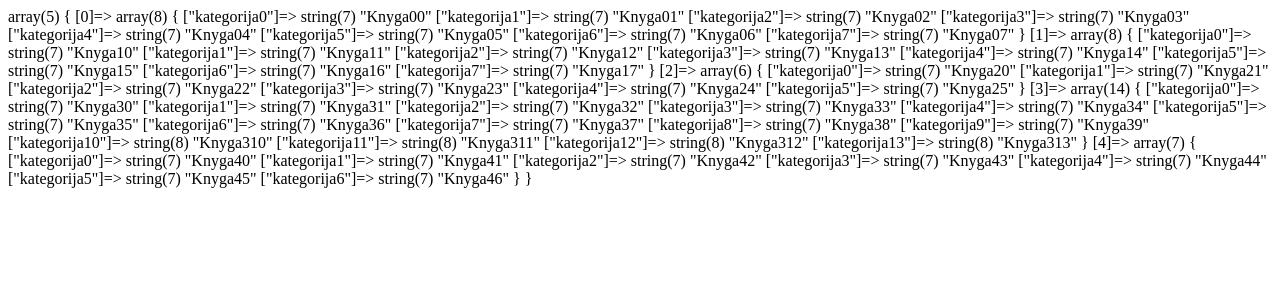
Repository: motiejus1/18-paskaita-PHP-05.31
Page: http://localhost/testavimas/dvimatismasyvas.php
An editor plug-in stored every save of this project. The page is shown before and after the next save, followed by the edit.
The browser window is 1280 px wide. The pictures show the whole page.
The page is run by PHP 8.4 with error messages shown; the project is at /var/www/html/.

Above is the page before, as saved 2021-09-20 18:25:38.

### testavimas/dvimatismasyvas.php
<?php
// . Sukurti dvimatį masyvą, kuriame būtų informacija apie knygos kategoriją, bei knygos priklausančios kategorijai.
// Masyvo struktūrą sugalvoti patiems. Testavimui sukurti bent 5 kategorijas, kurios turi nuo 5 iki 15 knygų.



//

$knygos = [];

//uz kategorijas
for($i=0; $i < 5; $i++) {

    // $kategorija = "Kategorija".$i;
    $kategorija = [];

    //atsakingas uz knygas
    $atsitiktinis = rand(5,15); //6
    for($j=0;$j < $atsitiktinis; $j++) {
        $kategorija["kategorija".$j] = "Knyga".$i.$j;
    }

    $knygos[$i] = $kategorija;

}

var_dump($knygos);


?>

After the next save:
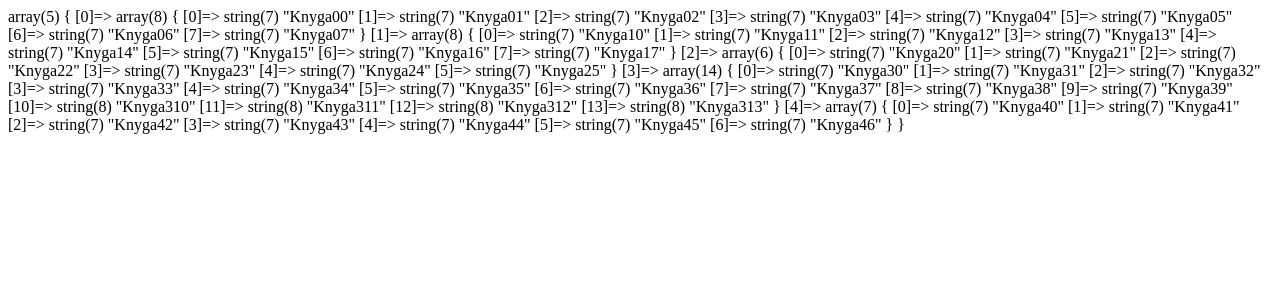
Saved 26 s later.
--- a/testavimas/dvimatismasyvas.php
+++ b/testavimas/dvimatismasyvas.php
@@ -13,11 +13,10 @@ for($i=0; $i < 5; $i++) {
 
     // $kategorija = "Kategorija".$i;
     $kategorija = [];
-
     //atsakingas uz knygas
     $atsitiktinis = rand(5,15); //6
     for($j=0;$j < $atsitiktinis; $j++) {
-        $kategorija["kategorija".$j] = "Knyga".$i.$j;
+        $kategorija[$j] = "Knyga".$i.$j;
     }
 
     $knygos[$i] = $kategorija;
